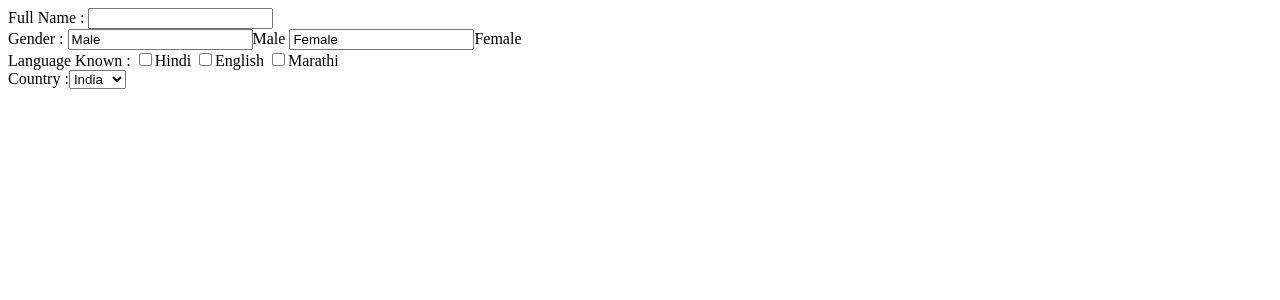
Repository: swapnil-dakhole/Java_code
Page: http://localhost/form_under_jsp/form.jsp
An editor plug-in stored every save of this project. The page is shown before and after the next save, followed by the edit.
The browser window is 1280 px wide. The pictures show the whole page.
The page is served by Tomcat 9.

Above is the page before, as saved 2024-01-25 05:18:16.

### form under jsp/src/main/webapp/form.jsp
<%@ page language="java" contentType="text/html; charset=ISO-8859-1"
    pageEncoding="ISO-8859-1"%>
<!DOCTYPE html>
<html>
<head>
<meta charset="ISO-8859-1">
<title>Form</title>
</head>
<body>
	<form action="submit.jsp" method="post">
		Full Name : <input type="text" name="name"><br>
		Gender : <input type="text" name="gender" value="Male" >Male
				 <input type="text" name="gender" value="Female" >Female<br>
		Language Known : <input type="checkbox" name="language" value="Hindi">Hindi
						 <input type="checkbox" name="language" value="English">English
						 <input type="checkbox" name="language" value="Marathi">Marathi<br>
		Country :<select>
					<option name="country" value="India">India</option>
					<option name="country" value="Nepal">Nepal</option>
					<option name="country" value="UK">UK</option>
				 </select><br>
	</form>
</body>
</html>

After the next save:
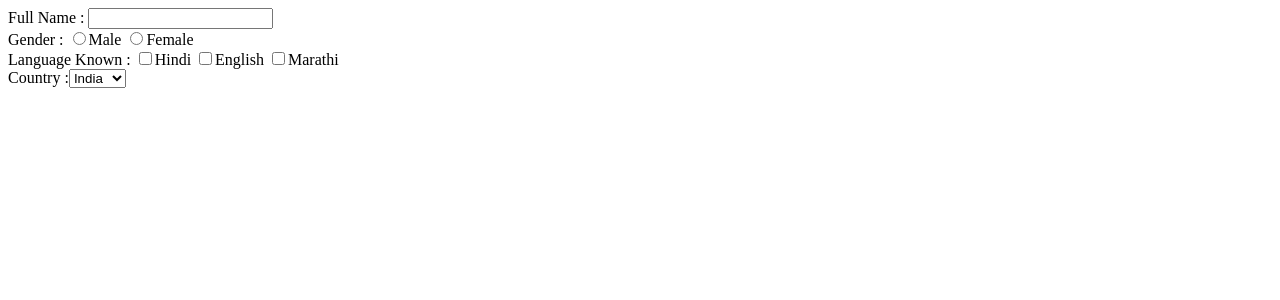
Saved 85 s later.
--- a/form under jsp/src/main/webapp/form.jsp
+++ b/form under jsp/src/main/webapp/form.jsp
@@ -9,8 +9,8 @@
 <body>
 	<form action="submit.jsp" method="post">
 		Full Name : <input type="text" name="name"><br>
-		Gender : <input type="text" name="gender" value="Male" >Male
-				 <input type="text" name="gender" value="Female" >Female<br>
+		Gender : <input type="radio" name="gender" value="Male" >Male
+				 <input type="radio" name="gender" value="Female" >Female<br>
 		Language Known : <input type="checkbox" name="language" value="Hindi">Hindi
 						 <input type="checkbox" name="language" value="English">English
 						 <input type="checkbox" name="language" value="Marathi">Marathi<br>
